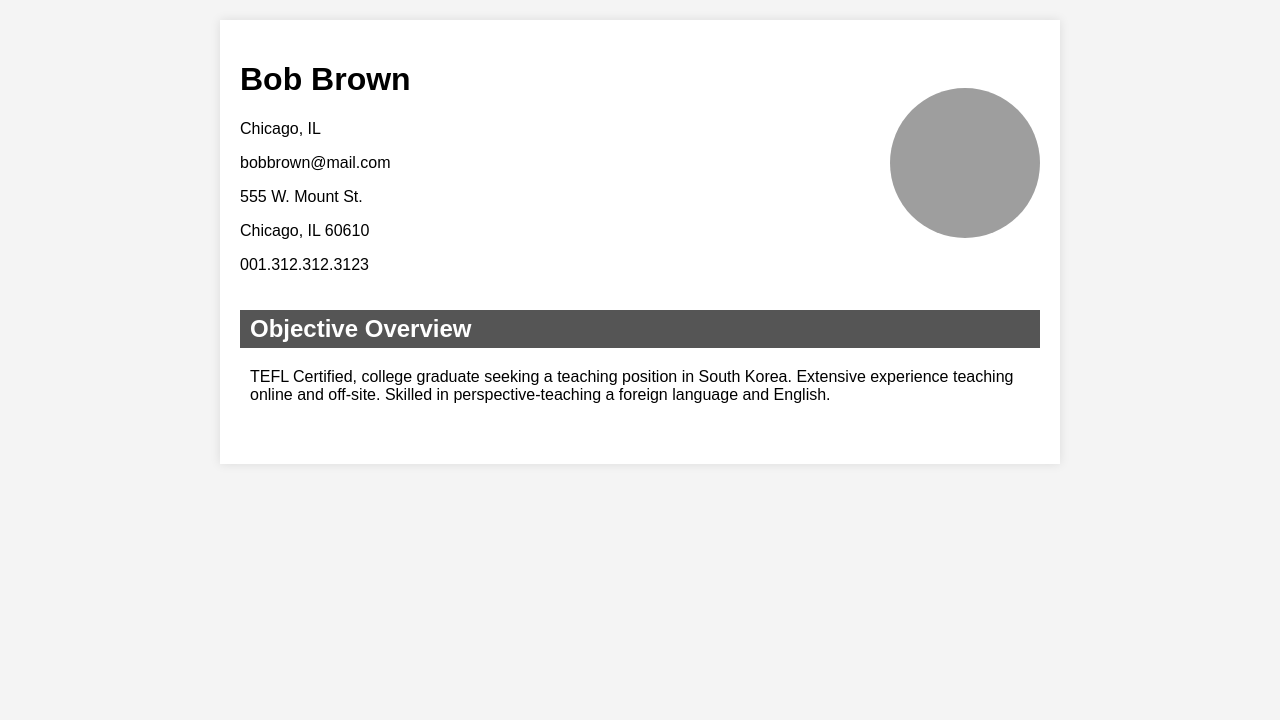
Repository: Gibekkk/WebPro
Page: Tugas Lab 1 (2)/index.html
An editor plug-in stored every save of this project. The page is shown before and after the next save, followed by the edit.
The browser window is 1280 px wide. The pictures show the whole page.
Pictures or frames that could not be fetched are drawn as grey boxes.

Above is the page before, as saved 2024-03-25 13:12:16.

After the next save:
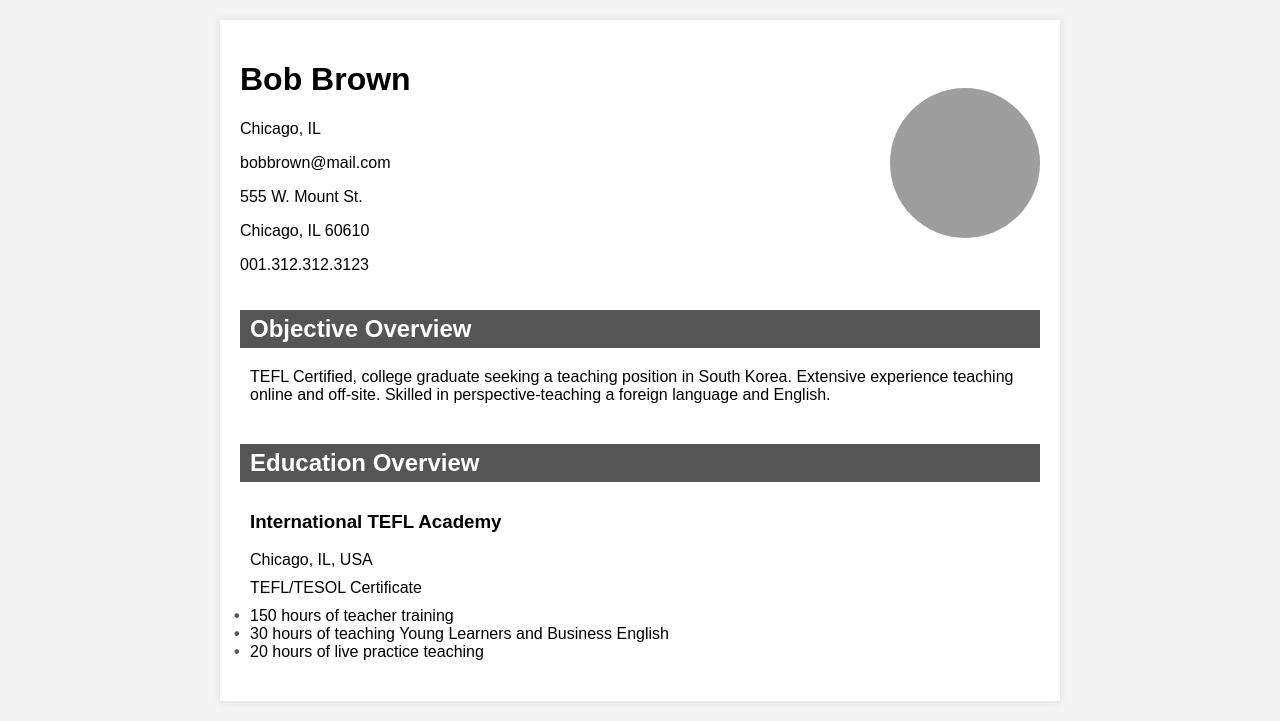
Saved 5 s later.
--- a/Tugas Lab 1 (2)/index.html
+++ b/Tugas Lab 1 (2)/index.html
@@ -82,6 +82,16 @@
     </div>
   </div>
   <div class="section">
+    <h2 class="section-title">Education Overview</h2>
+    <div class="section-content">
+      <h3>International TEFL Academy</h3>
+      <p>Chicago, IL, USA</p>
+      <p>TEFL/TESOL Certificate</p>
+      <ul>
+        <li>150 hours of teacher training</li>
+        <li>30 hours of teaching Young Learners and Business English</li>
+        <li>20 hours of live practice teaching</li>
+      </ul>
   <!-- More sections can be added here following the same structure -->
 </div>
 </body>
